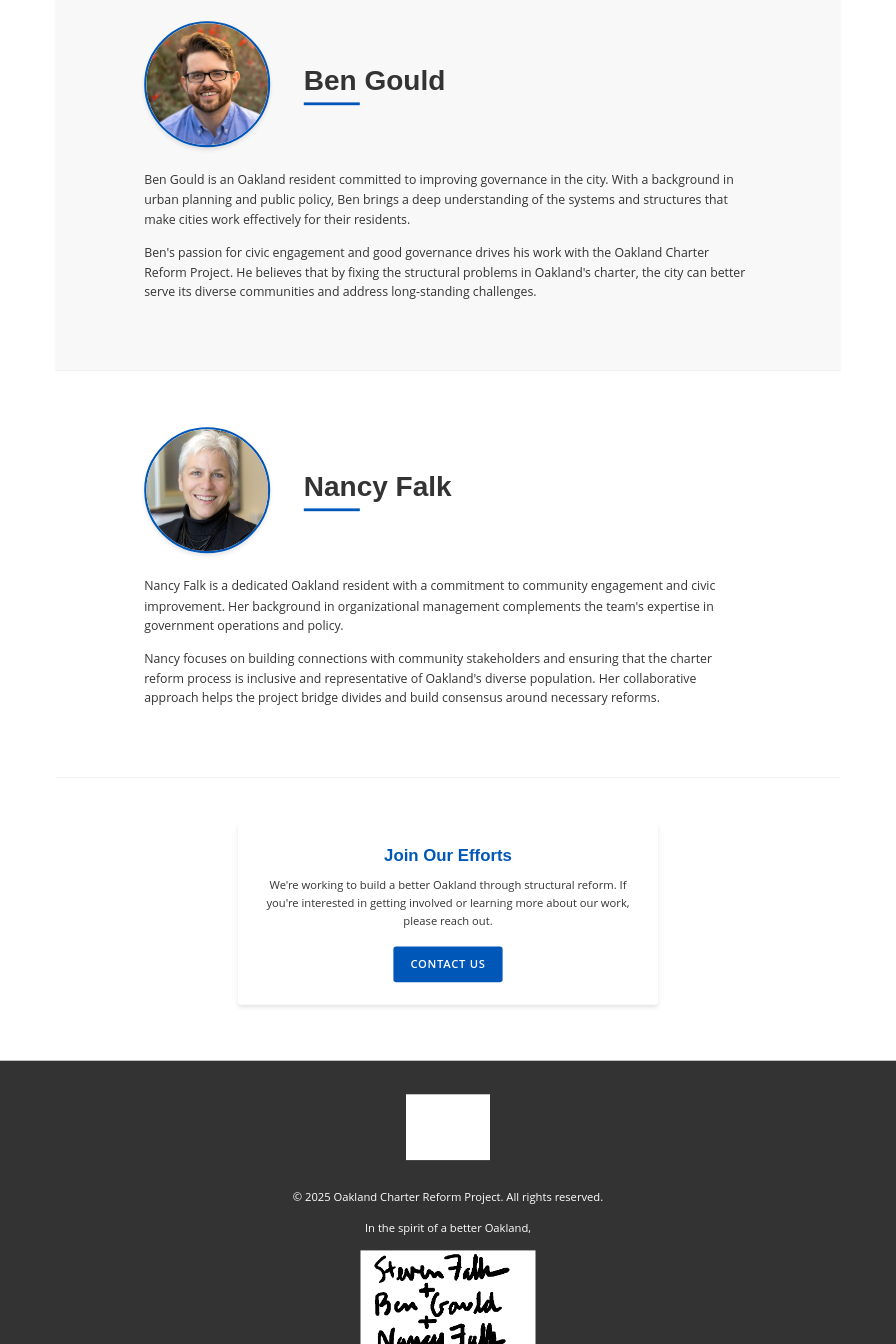
Repository: bgould132/oaklandcharterreform
Page: about.html
An editor plug-in stored every save of this project. The page is shown before and after the next save, followed by the edit.
The browser window is 1280 px wide. The pictures show the part of the page from y = 1075 to 2995 px (the page is 3148 px tall before and 3204 px after), at 70% of full size.

Above is the page before, as saved 2025-04-07 10:28:43.

After the next save:
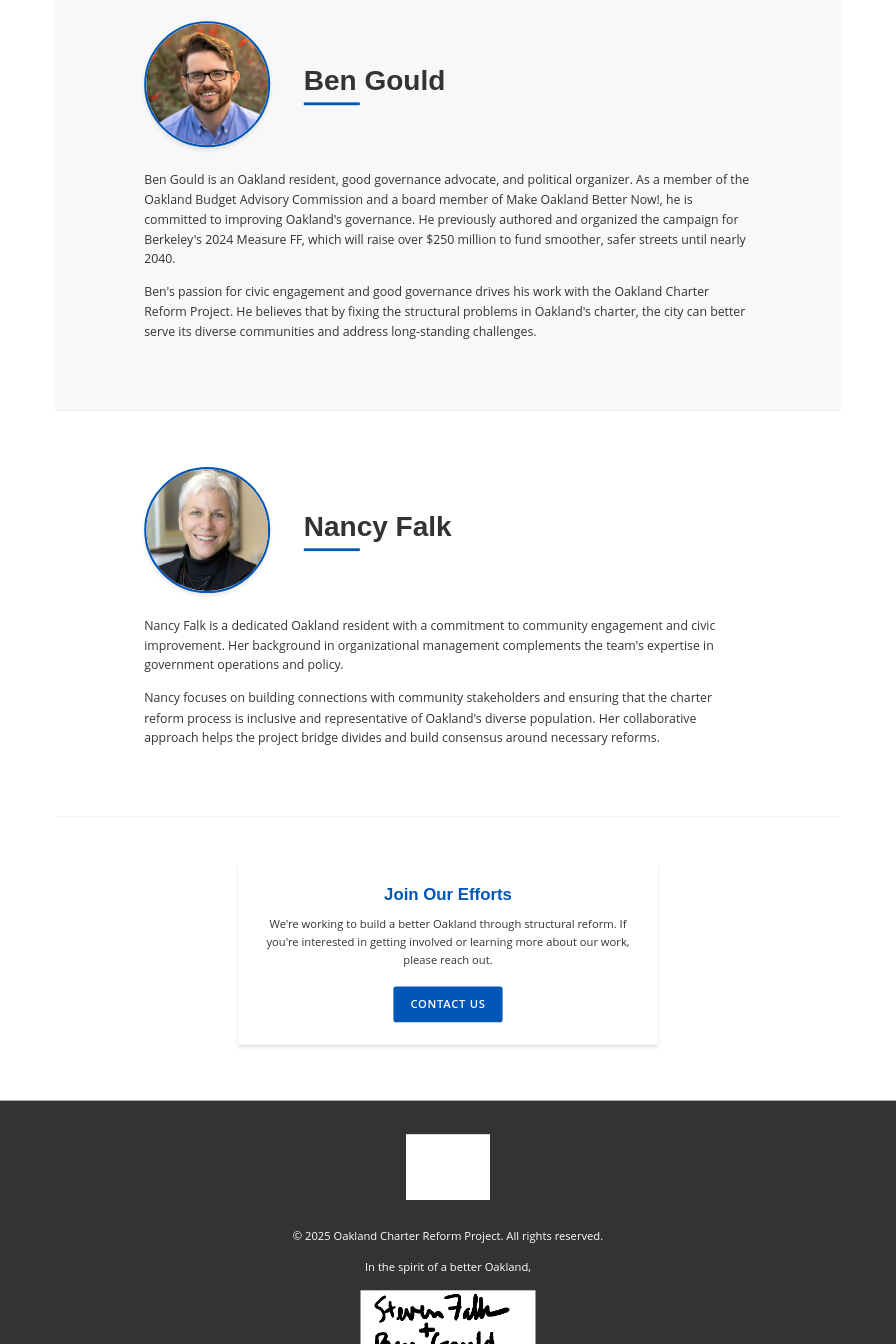
Saved 3 min 29 s later.
--- a/about.html
+++ b/about.html
@@ -78,7 +78,7 @@
                             </div>
                         </div>
                         <div class="member-bio">
-                            <p>Ben Gould is an Oakland resident committed to improving governance in the city. With a background in urban planning and public policy, Ben brings a deep understanding of the systems and structures that make cities work effectively for their residents.</p>
+                            <p>Ben Gould is an Oakland resident, good governance advocate, and political organizer. As a member of the Oakland Budget Advisory Commission and a board member of Make Oakland Better Now!, he is committed to improving Oakland's governance. He previously authored and organized the campaign for Berkeley's 2024 Measure FF, which will raise over $250 million to fund smoother, safer streets until nearly 2040.</p>
 
                             <p>Ben's passion for civic engagement and good governance drives his work with the Oakland Charter Reform Project. He believes that by fixing the structural problems in Oakland's charter, the city can better serve its diverse communities and address long-standing challenges.</p>
                         </div>
